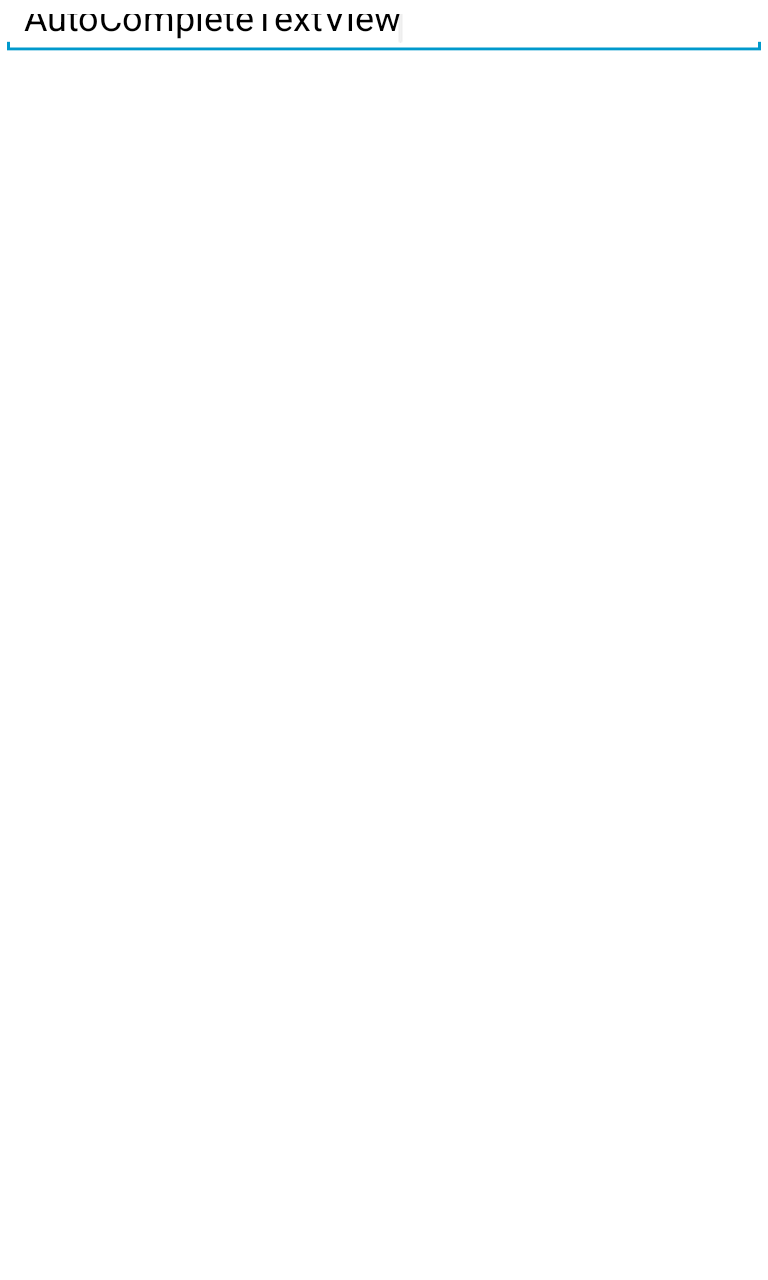
Repository: thinhnk55/android-appshare
Layout: ShareApp/res/layout/activity_main.xml
An editor plug-in stored every save of this project. The layout is shown before and after the next save, followed by the edit.
It is drawn on a 768 x 1280 px phone screen (xhdpi) without system bars, with theme AppTheme; the app's code is not run.

Above is the layout before, as saved 2014-07-02 16:32:06.

### ShareApp/res/layout/activity_main.xml
<RelativeLayout xmlns:android="http://schemas.android.com/apk/res/android"
    xmlns:tools="http://schemas.android.com/tools"
    android:layout_width="match_parent"
    android:layout_height="match_parent"
    tools:context=".MainActivity">

    <TabHost
        android:id="@android:id/tabhost"
        android:layout_width="match_parent"
        android:layout_height="match_parent"
        android:layout_alignParentLeft="true"
        android:layout_alignParentTop="true">

        <LinearLayout
            android:layout_width="match_parent"
            android:layout_height="match_parent"
            android:orientation="vertical"
            android:weightSum="120" >

            <TabWidget
                android:id="@android:id/tabs"
                android:layout_width="match_parent"
                android:layout_height="wrap_content"
                android:layout_weight="10">
            </TabWidget>

            <AutoCompleteTextView
                android:id="@+id/autoCompleteTextView1"
                android:layout_width="match_parent"
                android:layout_height="wrap_content"
                android:ems="10"
                android:text="AutoCompleteTextView"
                android:layout_weight="10" >

                <requestFocus />
            </AutoCompleteTextView>

            <FrameLayout
                android:id="@android:id/tabcontent"
                android:layout_width="match_parent"
                android:layout_height="match_parent"
                android:layout_weight="20">

                <LinearLayout
                    android:id="@+id/tab1"
                    android:layout_width="match_parent"
                    android:layout_height="match_parent" >
                </LinearLayout>

                <LinearLayout
                    android:id="@+id/tab2"
                    android:layout_width="match_parent"
                    android:layout_height="match_parent" >
                </LinearLayout>

                <LinearLayout
                    android:id="@+id/tab3"
                    android:layout_width="match_parent"
                    android:layout_height="match_parent" >
                </LinearLayout>
            </FrameLayout>

            <FrameLayout
                android:layout_width="match_parent"
                android:layout_height="wrap_content" >
            </FrameLayout>

            <Button
                android:id="@+id/button1"
                android:layout_width="wrap_content"
                android:layout_height="wrap_content"
                android:text="Button" />

            <LinearLayout
                android:layout_width="match_parent"
                android:layout_height="wrap_content" >

                <Button
                    android:id="@+id/button2"
                    android:layout_width="wrap_content"
                    android:layout_height="wrap_content"
                    android:text="Button" />

                <Button
                    android:id="@+id/button3"
                    android:layout_width="wrap_content"
                    android:layout_height="wrap_content"
                    android:text="Button" />

            </LinearLayout>

        </LinearLayout>
    </TabHost>

</RelativeLayout>

Loaded but not shown: ShareApp/res/values/styles.xml (common file); ShareApp/res/values-v11/styles.xml (common file); ShareApp/res/values-v14/styles.xml (common file)

After the next save:
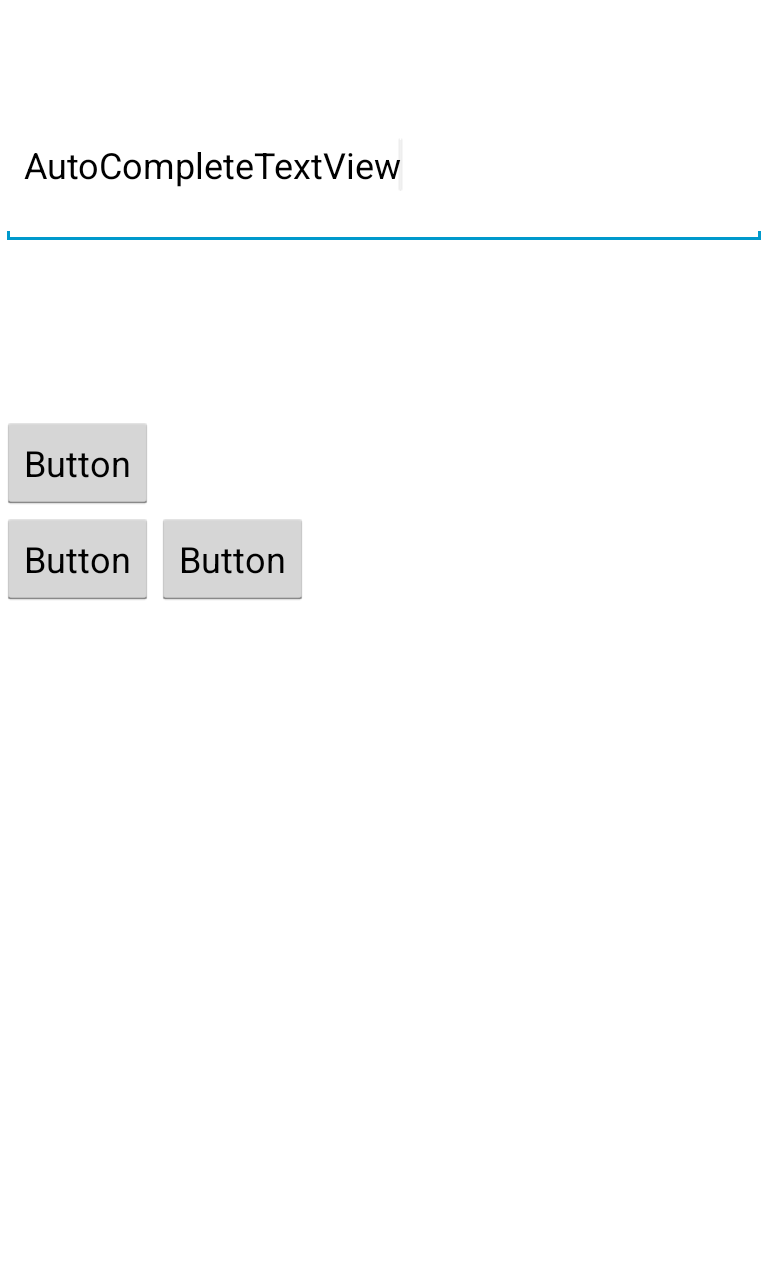
Saved 13 s later.
--- a/ShareApp/res/layout/activity_main.xml
+++ b/ShareApp/res/layout/activity_main.xml
@@ -38,7 +38,6 @@
             <FrameLayout
                 android:id="@android:id/tabcontent"
                 android:layout_width="match_parent"
-                android:layout_height="match_parent"
                 android:layout_weight="20">
 
                 <LinearLayout
